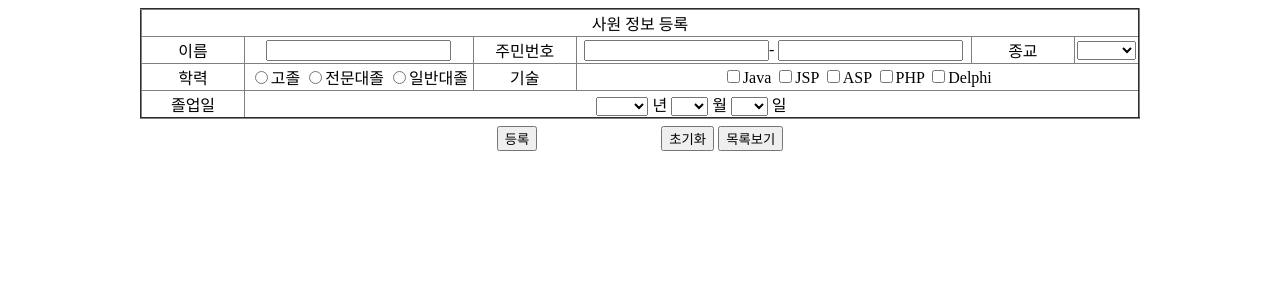
Repository: kimdk121/Kosmo
Page: http://localhost/Staff/WEB-INF/views/staff_input_form.jsp
An editor plug-in stored every save of this project. The page is shown before and after the next save, followed by the edit.
The browser window is 1280 px wide. The pictures show the whole page.
The page is served by Tomcat 9. Nobody is signed in. The template is opened directly, without the code that normally fills it, so the values that code supplies are empty.

Above is the page before, as saved 2022-01-30 06:00:52.

After the next save:
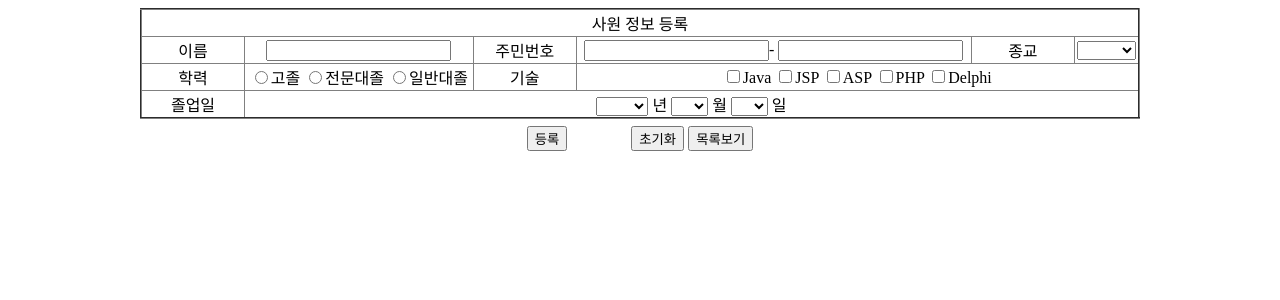
Saved 27 s later.
--- a/JSP,Spring/board_staff/Staff/src/main/webapp/WEB-INF/views/staff_input_form.jsp
+++ b/JSP,Spring/board_staff/Staff/src/main/webapp/WEB-INF/views/staff_input_form.jsp
@@ -109,7 +109,6 @@
 		<!------------------------------------------------->
 		<input type="button" name="save" class="save" value="등록" onclick="ajaxInsert();">
 		&nbsp;&nbsp;&nbsp;&nbsp;&nbsp;&nbsp;&nbsp;&nbsp;&nbsp;&nbsp;&nbsp;&nbsp;&nbsp;&nbsp;
-		&nbsp;&nbsp;&nbsp;&nbsp;&nbsp;&nbsp;&nbsp;&nbsp;&nbsp;&nbsp;&nbsp;&nbsp;&nbsp;&nbsp;
 		<input type="reset" name="reset" class="reset" value="초기화">
 		<input type="button" name="goBack" class="goBack" value="목록보기" onclick="goBoardSearchForm();">
 
